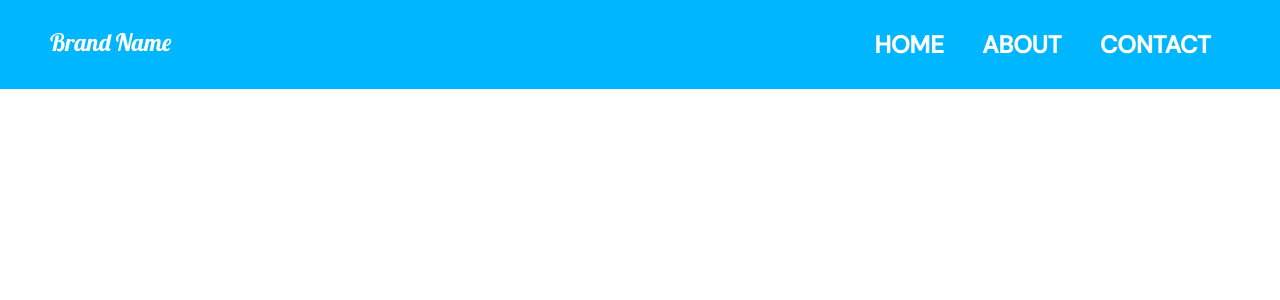
Repository: Jrap-bit/PeriodofSharing
Page: index.html
The author's editor kept a copy of each file at every save. The page is drawn from the files as they stood at one save, then again after the next save.
The browser window is 1280 px wide. The pictures show the whole page.

Above is the page before, as saved 2022-01-13 21:23:45.

After the next save:
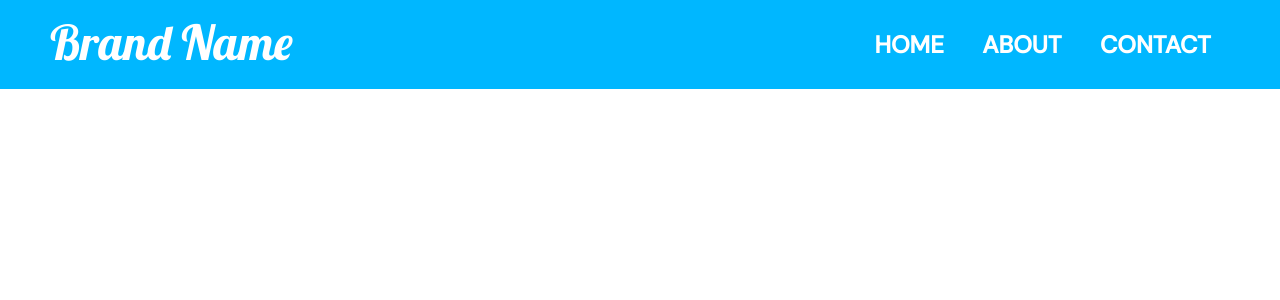
Saved 12 s later.
--- a/style.css
+++ b/style.css
@@ -26,7 +26,7 @@ html{
 
 .brand-title{
     font-family: 'Lobster', cursive;
-    font-size: 1.5rem;
+    font-size: 3rem;
     margin: 10px 50px;
     margin-bottom: 15px;
 
